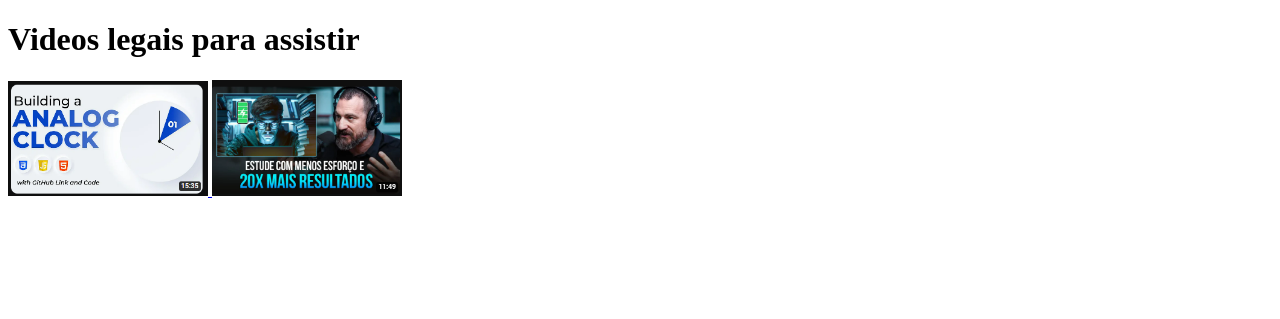
Repository: GabrielTrevisanMargrander/Html-Css
Page: Exercicios/ex012/desafio/index.html
An editor plug-in stored every save of this project. The page is shown before and after a run of saves, followed by the edit.
The browser window is 1280 px wide. The pictures show the whole page.

Above is the page before, as saved 2023-05-31 20:31:55.

After the next 5 saves:
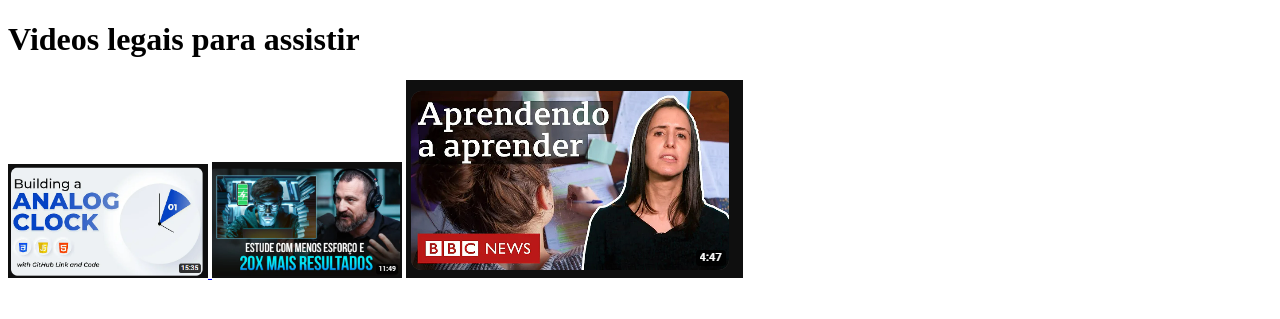
The 5 saves are shown as one change because they came seconds apart.
The last was saved 12 s later.
--- a/Exercicios/ex012/desafio/index.html
+++ b/Exercicios/ex012/desafio/index.html
@@ -13,7 +13,7 @@
 
 <a href="autor.html" target="_blank"> <img src="iamgens/imagem1.png" alt="nem sei" width="200px"> </a>
 <a href="ingles.html"> <img src="iamgens/imagem2.png" width="190px" alt=""></a>
-<a href=""></a>
+<a href="iamgens/imagem3.png"> <img src="iamgens/imagem3.png" alt=""></a>
 <a href=></a>
 
 
